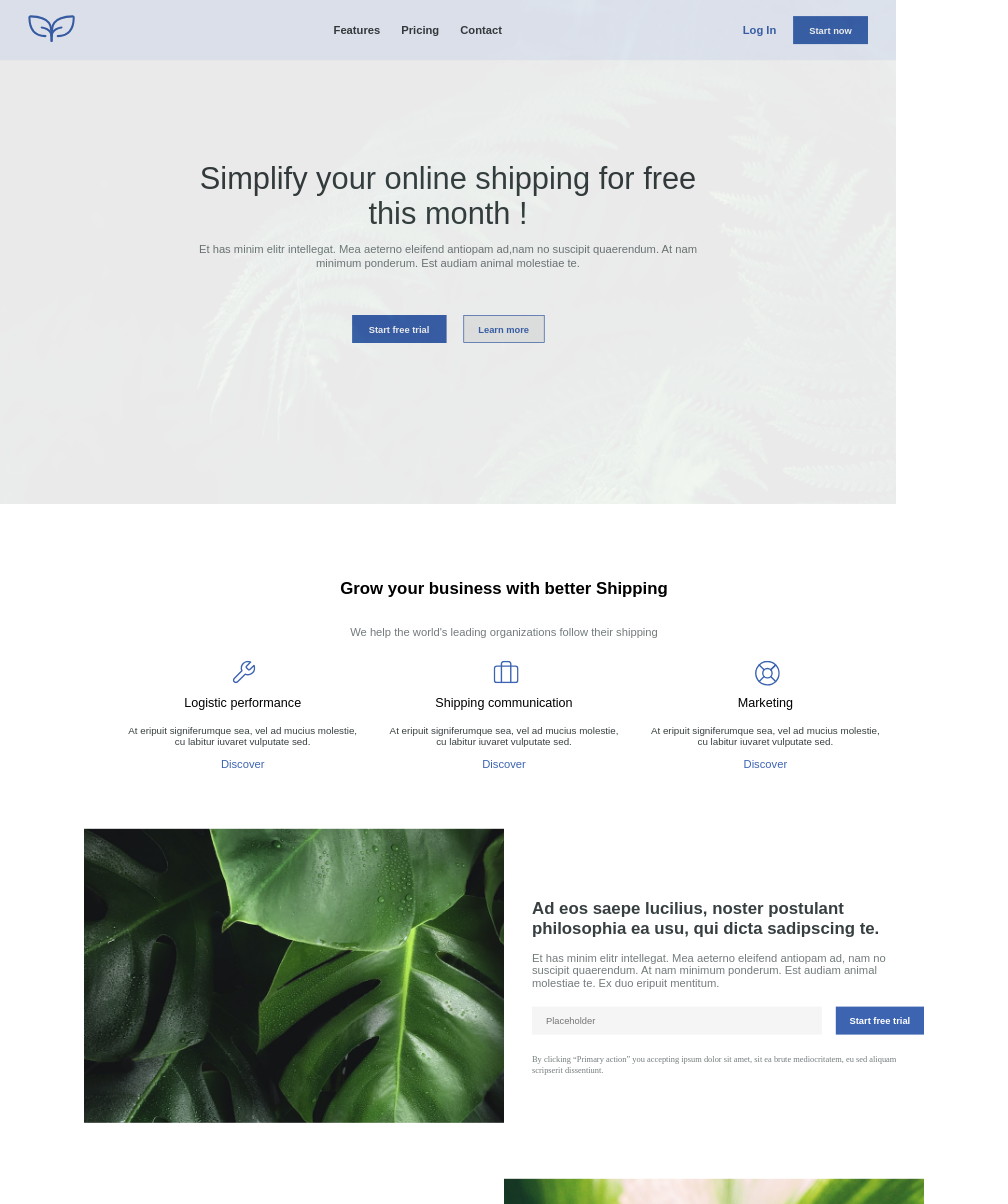
Repository: Mygit2001/LeTuSy_Test_Ecommage
Page: index.html
The author's editor kept a copy of each file at every save. The page is drawn from the files as they stood at one save, then again after a run of saves.
The browser window is 1280 px wide. The page is 1440 px wide, so the pictures cover 1440 px, including what lies to the right of the window. The pictures show the part of the page from y = 0 to 1720 px (the page is 2604 px tall), at 70% of full size.
Some web fonts or font styles are not loaded; a fallback is used.

Above is the page before, as saved 2023-02-15 21:48:23.

After the next 2 saves:
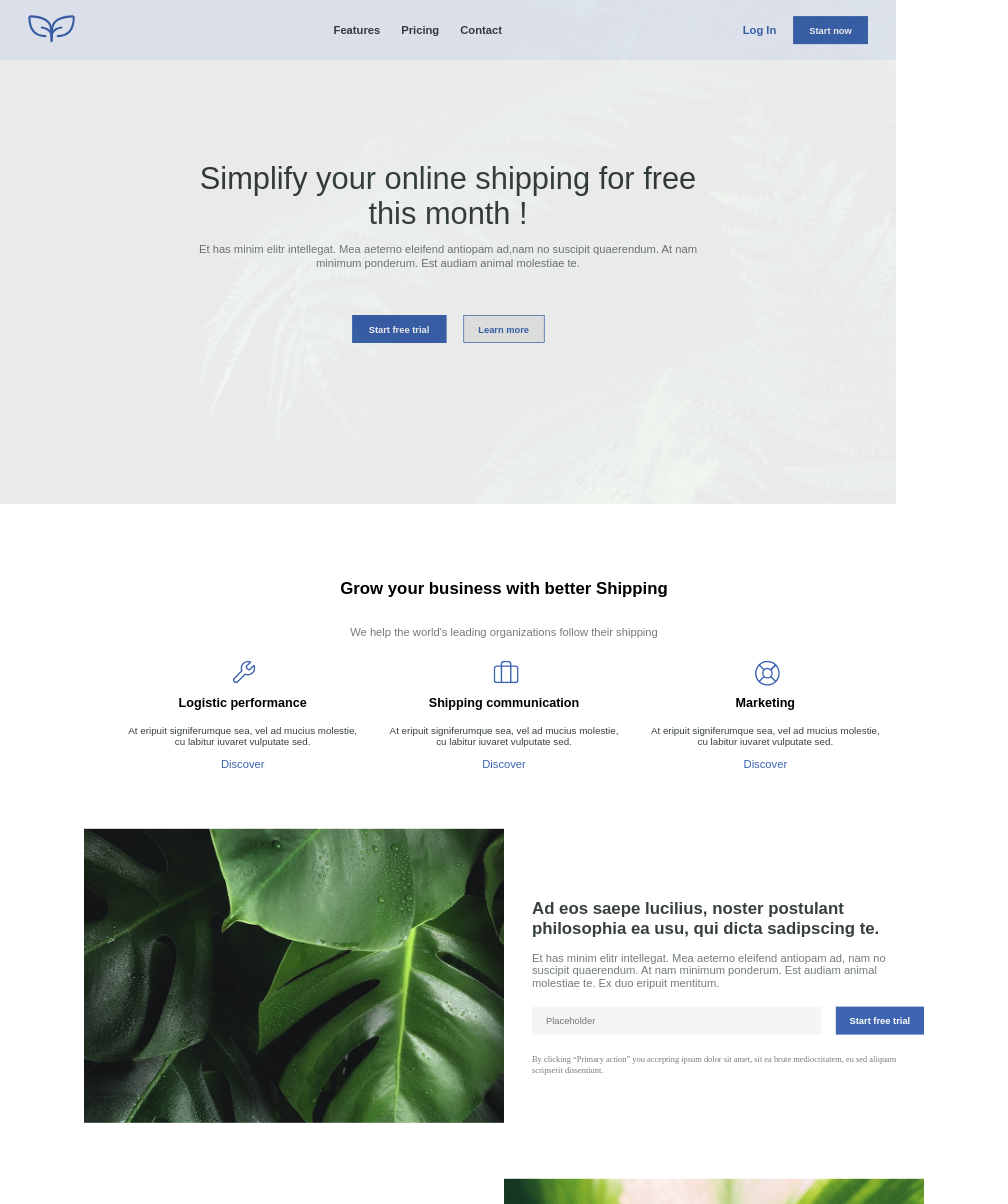
The 2 saves are shown as one change because they came seconds apart.
The last was saved 2 min 19 s later.
--- a/index.html
+++ b/index.html
@@ -116,7 +116,7 @@
                       />
                     </svg>
                 </div>
-                <div class="services-item-top-title f-700">Logistic performance</div>
+                <div class="services-item-top-title fw-700">Logistic performance</div>
                 <span class="services-item-top-des"
                   >At eripuit signiferumque sea, vel ad mucius molestie, cu
                   labitur iuvaret vulputate sed.</span>
@@ -133,7 +133,7 @@
                         <path d="M24.6667 31V4.33333C24.6667 3.44928 24.3155 2.60143 23.6904 1.97631C23.0653 1.35119 22.2174 1 21.3334 1H14.6667C13.7827 1 12.9348 1.35119 12.3097 1.97631C11.6846 2.60143 11.3334 3.44928 11.3334 4.33333V31" stroke="#3C64B1" stroke-width="2" stroke-linecap="round" stroke-linejoin="round"/>
                     </svg>
                 </div>
-                <div class="services-item-top-title f-700">Shipping communication</div>
+                <div class="services-item-top-title fw-700">Shipping communication</div>
                 <span class="services-item-top-des">At eripuit signiferumque sea, vel ad mucius molestie, cu
                   labitur iuvaret vulputate sed.</span>
               </div>
@@ -155,7 +155,7 @@
                     </svg>
                 </div>
 
-                <div class="services-item-top-title f-700">Marketing</div>
+                <div class="services-item-top-title fw-700">Marketing</div>
                 <span class="services-item-top-des"
                   >At eripuit signiferumque sea, vel ad mucius molestie, cu
                   labitur iuvaret vulputate sed.</span>
